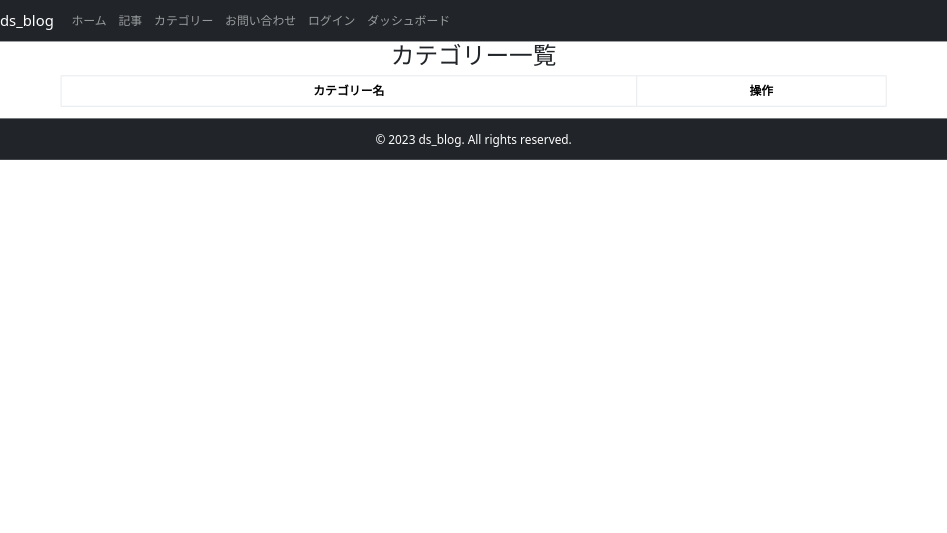
Repository: a-yama100/ds_blog
Page: /categories (app in frontend/)
The author's editor kept a copy of each file at every save. The page is drawn from the files as they stood at one save, then again after the next save.
The browser window is 1280 px wide. The pictures show the whole page, at 74% of full size.
The page's requests for data from a server got no answer. The project was rebuilt for these pictures with package versions that can differ from the ones it lists, and the page was loaded fresh each time. A package was used in the major version that the imports need, not the one package.json lists. No one was signed in, and anything a server would have sent is missing.

Above is the page before, as saved 2023-10-03 07:51:32.

### frontend/src/index.js
// E:\programming\Project\ds_blog\frontend\src\index.js

import React from 'react';
import ReactDOM from 'react-dom/client';
import './index.css';
import App from './App';
import reportWebVitals from './reportWebVitals';
import 'bootstrap/dist/css/bootstrap.min.css';

const root = ReactDOM.createRoot(document.getElementById('root'));
root.render(
  <React.StrictMode>
    <App />
  </React.StrictMode>
);

reportWebVitals();

### frontend/src/App.js
// E:\programming\Project\ds_blog\frontend\src\App.js

import './App.css';
import React from 'react';
import Header from './components/Header';
import Footer from './components/Footer';
import Login from './components/Login';
import Dashboard from './components/Dashboard';
import ArticleCreate from './components/ArticleCreate';
import ArticleList from './components/ArticleList';
import CategoryList from './components/CategoryList';
import AddCategory from './components/AddCategory';
import EditProfile from './components/EditProfile';
import { BrowserRouter as Router, Route, Switch } from 'react-router-dom';

function App() {
  return (
    <div className="App">
      <Router>
        <Header />
        <Switch>
          <Route path="/" exact component={ArticleList} />
          <Route path="/login" component={Login} />
          <Route path="/dashboard" component={Dashboard} />
          <Route path="/create-article" component={ArticleCreate} />
          <Route path="/articles" component={ArticleList} />
          <Route path="/categories" component={CategoryList} />
          <Route path="/add-category" component={AddCategory} />
          <Route path="/edit-profile" component={EditProfile} />
          {/* 他のルーティングもこちらに追加してください */}
        </Switch>
        <Footer />
      </Router>
    </div>
  );
}

export default App;

### frontend/src/components/Header.js
// E:\programming\Project\ds_blog\frontend\src\components\Header.js

import React from 'react';
import { Navbar, Nav } from 'react-bootstrap';

const Header = () => {
    return (
        <Navbar bg="dark" variant="dark" expand="lg">
            <Navbar.Brand href="/">ds_blog</Navbar.Brand>
            <Navbar.Toggle aria-controls="basic-navbar-nav" />
            <Navbar.Collapse id="basic-navbar-nav">
                <Nav className="mr-auto">
                    <Nav.Link href="/">ホーム</Nav.Link>
                    <Nav.Link href="/articles">記事</Nav.Link>
                    <Nav.Link href="/categories">カテゴリー</Nav.Link>
                    <Nav.Link href="/contact">お問い合わせ</Nav.Link>
                </Nav>
                <Nav className="ml-auto">
                    <Nav.Link href="/login">ログイン</Nav.Link>
                    <Nav.Link href="/dashboard">ダッシュボード</Nav.Link>
                </Nav>
            </Navbar.Collapse>
        </Navbar>
    );
}

export default Header;

### frontend/src/components/Footer.js
// E:\programming\Project\ds_blog\frontend\src\components\Footer.js

import React from 'react';

const Footer = () => {
    return (
        <footer className="text-center py-3 bg-dark text-white">
            &copy; 2023 ds_blog. All rights reserved.
        </footer>
    );
}

export default Footer;

### frontend/src/components/CategoryList.js
// E:\programming\Project\ds_blog\frontend\src\components\CategoryList.js

import React, { useState, useEffect } from 'react';
import { Table, Container } from 'react-bootstrap';
import { Link } from 'react-router-dom';

const CategoryList = () => {
    const [categories, setCategories] = useState([]);
    const token = localStorage.getItem('token'); // トークンを取得

    useEffect(() => {
        const fetchCategories = async () => {
            try {
                const response = await fetch('/categories', {
                    headers: {
                        'Authorization': `Bearer ${token}` // トークンをヘッダーに添付
                    }
                });
                const data = await response.json();
                setCategories(data);
            } catch (error) {
                console.error("エラー:", error);
            }
        }
        fetchCategories();
    }, [token]);

    return (
        <Container>
            <h2>カテゴリー一覧</h2>
            <Table striped bordered hover>
                <thead>
                    <tr>
                        <th>カテゴリー名</th>
                        <th>操作</th>
                    </tr>
                </thead>
                <tbody>
                    {categories.map(category => (
                        <tr key={category.id}>
                            <td>{category.name}</td>
                            <td>
                                <Link to={`/categories/${category.id}/edit`}>編集</Link> |
                                <Link to={`/categories/${category.id}/delete`}>削除</Link>
                            </td>
                        </tr>
                    ))}
                </tbody>
            </Table>
        </Container>
    );
}

export default CategoryList;

### frontend/src/components/Login.js
// E:\programming\Project\ds_blog\frontend\src\components\Login.js

import React, { useState } from 'react';
import { Form, Button } from 'react-bootstrap';

const Login = () => {
    const [email, setEmail] = useState('');
    const [password, setPassword] = useState('');

    const handleSubmit = async (e) => {
        e.preventDefault();
        try {
            const response = await fetch('/users/login', {
                method: 'POST',
                headers: {
                    'Content-Type': 'application/json'
                },
                body: JSON.stringify({ email, password })
            });
            const data = await response.json();
            if (response.status === 200) {
                console.log("ログイン成功:", data);
                localStorage.setItem('token', data.token); // トークンをlocalStorageに保存
            } else {
                console.error("ログイン失敗:", data.error);
            }
        } catch (error) {
            console.error("エラー:", error);
        }
    }

    return (
        <div className="login-form">
            <Form onSubmit={handleSubmit}>
                <Form.Group controlId="formBasicEmail">
                    <Form.Label>メールアドレス</Form.Label>
                    <Form.Control type="email" placeholder="メールアドレスを入力" value={email} onChange={e => setEmail(e.target.value)} />
                </Form.Group>
                <Form.Group controlId="formBasicPassword">
                    <Form.Label>パスワード</Form.Label>
                    <Form.Control type="password" placeholder="パスワードを入力" value={password} onChange={e => setPassword(e.target.value)} />
                </Form.Group>

                <Button variant="primary" type="submit">
                    ログイン
                </Button>
            </Form>
        </div>
    );
}

export default Login;

### frontend/src/components/Dashboard.js
// E:\programming\Project\ds_blog\frontend\src\components\Dashboard.js

import React from 'react';
import { Button, Container, Row, Col } from 'react-bootstrap';

const handleLogout = () => {
    localStorage.removeItem('token');  // トークンをlocalStorageから削除
    window.location.href = '/';  // トップページにリダイレクト
}

const Dashboard = () => {
    return (
        <Container>
            <h2>管理者ダッシュボード</h2>
            <Row className="mt-5">
                <Col md={4}>
                    <Button href="/create-article" variant="primary" size="lg" block>記事の投稿</Button>
                    <Button href="/articles" variant="primary" size="lg" block>投稿記事一覧</Button>
                </Col>
                <Col md={4}>
                    <Button href="/categories" variant="primary" size="lg" block>カテゴリー一覧</Button>
                    <Button href="/add-category" variant="primary" size="lg" block>カテゴリーの追加</Button>
                </Col>
                <Col md={4}>
                    <Button href="/upload-ebook" variant="primary" size="lg" block>電子書籍アップロード</Button>
                    <Button href="/ebooks" variant="primary" size="lg" block>アップロード済み一覧</Button>
                </Col>
            </Row>
            <Row className="mt-5">
                <Col md={6}>
                    <Button href="/edit-profile" variant="secondary" size="lg" block>管理者情報の変更</Button>
                </Col>
                <Col md={6}>
                <Button href="/logout" variant="danger" size="lg" block onClick={handleLogout}>ログアウト</Button>
                </Col>
            </Row>
        </Container>
    );
}


export default Dashboard;

### frontend/src/components/ArticleCreate.js
// E:\programming\Project\ds_blog\frontend\src\components\ArticleCreate.js

import React, { useState } from 'react';
import RichTextEditor from './RichTextEditor';
import { Button, Form, Container } from 'react-bootstrap';

const ArticleCreate = () => {
    const [title, setTitle] = useState('');
    const [content, setContent] = useState('');
    const [image, setImage] = useState(null);
    const [categoryId, setCategoryId] = useState('');
    const token = localStorage.getItem('token');

    const handleSubmit = async (e) => {
        e.preventDefault();
        const formData = new FormData();
        formData.append('title', title);
        formData.append('content', content);
        if (image) formData.append('image', image);
        formData.append('categoryId', categoryId);

        try {
            const response = await fetch('/articles', {
                method: 'POST',
                headers: {
                    'Authorization': `Bearer ${token}`, // トークンをヘッダーに添付
                },
                body: formData
            });
            const data = await response.json();
            if (response.status === 200) {
                console.log("記事投稿成功:", data);
            } else {
                console.error("記事投稿失敗:", data.error);
            }
        } catch (error) {
            console.error("エラー:", error);
        }
    }

    return (
        <Container>
            <h2>記事の投稿</h2>
            <Form onSubmit={handleSubmit}>
                <Form.Group controlId="title">
                    <Form.Label>タイトル</Form.Label>
                    <Form.Control type="text" placeholder="タイトルを入力" value={title} onChange={e => setTitle(e.target.value)} />
                </Form.Group>

                <Form.Group controlId="content">
                    <Form.Label>内容</Form.Label>
                    <RichTextEditor content={content} setContent={setContent} />
                </Form.Group>

                <Form.Group>
                    <Form.Label>画像</Form.Label>
                    <Form.Control type="file" onChange={e => setImage(e.target.files[0])} />
                </Form.Group>

                <Form.Group controlId="categoryId">
                    <Form.Label>カテゴリー</Form.Label>
                    <Form.Control as="select" value={categoryId} onChange={e => setCategoryId(e.target.value)}>
                        {/* カテゴリーのデータはAPIから取得する必要があります */}
                        <option value="1">カテゴリー1</option>
                        <option value="2">カテゴリー2</option>
                        {/* ... */}
                    </Form.Control>
                </Form.Group>

                <Button variant="primary" type="submit">
                    投稿
                </Button>
            </Form>
        </Container>
    );
}

export default ArticleCreate;

### frontend/src/components/ArticleList.js
// E:\programming\Project\ds_blog\frontend\src\components\ArticleList.js

import React, { useState, useEffect } from 'react';
import { Table, Container } from 'react-bootstrap';
import { Link } from 'react-router-dom';

const ArticleList = () => {
    const [articles, setArticles] = useState([]);
    const token = localStorage.getItem('token'); // トークンを取得

    useEffect(() => {
        const fetchArticles = async () => {
            try {
                const response = await fetch('/articles', {
                    headers: {
                        'Authorization': `Bearer ${token}` // トークンをヘッダーに添付
                    }
                });
                const data = await response.json();
                setArticles(data);
            } catch (error) {
                console.error("エラー:", error);
            }
        }
        fetchArticles();
    }, [token]);

    return (
        <Container>
            <h2>投稿記事一覧</h2>
            <Table striped bordered hover>
                <thead>
                    <tr>
                        <th>タイトル</th>
                        <th>操作</th>
                    </tr>
                </thead>
                <tbody>
                    {articles.map(article => (
                        <tr key={article.id}>
                            <td>{article.title}</td>
                            <td>
                            <Link to={`/articles/${article.id}/edit`}>編集</Link> |
                            <Link to={`/articles/${article.id}/delete`}>削除</Link>
                            </td>
                        </tr>
                    ))}
                </tbody>
            </Table>
        </Container>
    );
}

export default ArticleList;

### frontend/src/components/AddCategory.js
// E:\programming\Project\ds_blog\frontend\src\components\AddCategory.js

import React, { useState } from 'react';
import { Button, Form, Container } from 'react-bootstrap';

const AddCategory = () => {
    const [name, setName] = useState('');
    const token = localStorage.getItem('token');

    const handleSubmit = async (e) => {
        e.preventDefault();
        try {
            const response = await fetch('/categories', {
                method: 'POST',
                headers: {
                    'Content-Type': 'application/json',
                    'Authorization': `Bearer ${token}`, // トークンをヘッダーに添付
                },
                body: JSON.stringify({ name })
            });
            const data = await response.json();

            if (response.status === 200) {
                console.log("カテゴリー追加成功:", data);
            } else {
                console.error("カテゴリー追加失敗:", data.error);
            }
        } catch (error) {
            console.error("エラー:", error);
        }
    }

    return (
        <Container>
            <h2>カテゴリーの追加</h2>
            <Form onSubmit={handleSubmit}>
                <Form.Group controlId="name">
                    <Form.Label>カテゴリー名</Form.Label>
                    <Form.Control type="text" placeholder="カテゴリー名を入力" value={name} onChange={e => setName(e.target.value)} />
                </Form.Group>

                <Button variant="primary" type="submit">
                    追加
                </Button>
            </Form>
        </Container>
    );
}

export default AddCategory;

### frontend/src/components/EditProfile.js
// E:\programming\Project\ds_blog\frontend\src\components\EditProfile.js

import React, { useState } from 'react';
import { Form, Button, Container } from 'react-bootstrap';

const token = localStorage.getItem('token');

const EditProfile = () => {
    const [username, setUsername] = useState('');
    const [email, setEmail] = useState('');
    const [password, setPassword] = useState('');

    const handleSubmit = async (e) => {
        e.preventDefault();
        try {
            const response = await fetch('/users/edit', {
                method: 'POST',
                headers: {
                    'Content-Type': 'application/json',
                    'Authorization': `Bearer ${token}`, // トークンをヘッダーに添付
                },
                body: JSON.stringify({ username, email, password })
            });
            const data = await response.json();

            if (response.status === 200) {
                console.log("情報更新成功:", data);
            } else {
                console.error("情報更新失敗:", data.error);
            }
        } catch (error) {
            console.error("エラー:", error);
        }
    }

    return (
        <Container>
            <h2>管理者情報の変更</h2>
            <Form onSubmit={handleSubmit}>
                <Form.Group controlId="username">
                    <Form.Label>ユーザー名</Form.Label>
                    <Form.Control type="text" placeholder="ユーザー名を入力" value={username} onChange={e => setUsername(e.target.value)} />
                </Form.Group>

                <Form.Group controlId="email">
                    <Form.Label>メールアドレス</Form.Label>
                    <Form.Control type="email" placeholder="メールアドレスを入力" value={email} onChange={e => setEmail(e.target.value)} />
                </Form.Group>

                <Form.Group controlId="password">
                    <Form.Label>新しいパスワード</Form.Label>
                    <Form.Control type="password" placeholder="新しいパスワードを入力" value={password} onChange={e => setPassword(e.target.value)} />
                </Form.Group>

                <Button variant="primary" type="submit">
                    更新
                </Button>
            </Form>
        </Container>
    );
}

export default EditProfile;

### frontend/src/components/RichTextEditor.js
// E:\programming\Project\ds_blog\frontend\src\components\RichTextEditor.js

import React, { useRef, useEffect } from 'react';
import Quill from 'quill';
import 'quill/dist/quill.snow.css';  // for snow theme

const RichTextEditor = ({ content, setContent }) => {
    const editorRef = useRef(null);
    const quillInstance = useRef(null);  // useRefを使用してquillInstanceを定義

    useEffect(() => {
        quillInstance.current = new Quill(editorRef.current, {
            theme: 'snow'
        });

        quillInstance.current.on('text-change', () => {
            setContent(quillInstance.current.root.innerHTML);
        });
    }, [setContent]);

    return (
        <div ref={editorRef}></div>
    );
};

export default RichTextEditor;

Loaded but not shown: frontend/public/index.html (common file); frontend/src/index.css (common file); frontend/src/reportWebVitals.js (common file); frontend/src/App.css (common file)

After the next save:
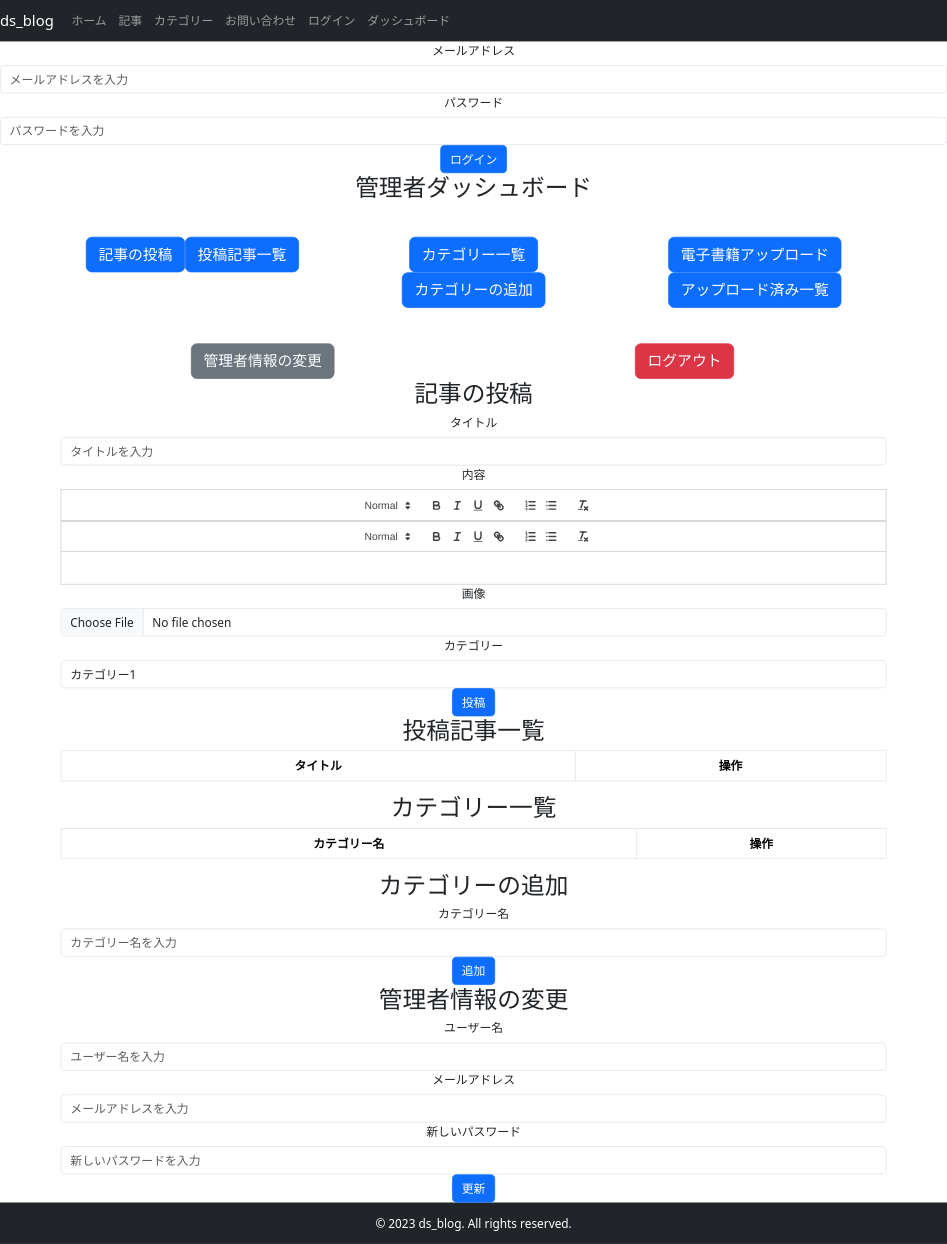
Saved 63 s later.
--- a/frontend/src/App.js
+++ b/frontend/src/App.js
@@ -16,21 +16,15 @@
 function App() {
   return (
     <div className="App">
-      <Router>
-        <Header />
-        <Switch>
-          <Route path="/" exact component={ArticleList} />
-          <Route path="/login" component={Login} />
-          <Route path="/dashboard" component={Dashboard} />
-          <Route path="/create-article" component={ArticleCreate} />
-          <Route path="/articles" component={ArticleList} />
-          <Route path="/categories" component={CategoryList} />
-          <Route path="/add-category" component={AddCategory} />
-          <Route path="/edit-profile" component={EditProfile} />
-          {/* 他のルーティングもこちらに追加してください */}
-        </Switch>
-        <Footer />
-      </Router>
+      <Header />
+      <Login />
+      <Dashboard />
+      <ArticleCreate />
+      <ArticleList />
+      <CategoryList />
+      <AddCategory />
+      <EditProfile />
+      <Footer />
     </div>
   );
 }

After the save that followed:
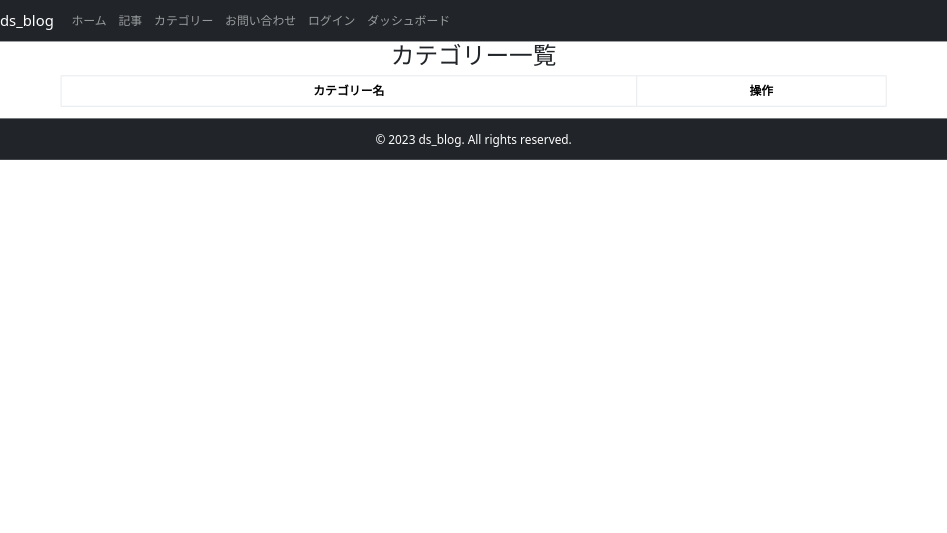
Saved 9 s later.
--- a/frontend/src/App.js
+++ b/frontend/src/App.js
@@ -16,15 +16,21 @@
 function App() {
   return (
     <div className="App">
-      <Header />
-      <Login />
-      <Dashboard />
-      <ArticleCreate />
-      <ArticleList />
-      <CategoryList />
-      <AddCategory />
-      <EditProfile />
-      <Footer />
+      <Router>
+        <Header />
+        <Switch>
+          <Route path="/" exact component={ArticleList} />
+          <Route path="/login" component={Login} />
+          <Route path="/dashboard" component={Dashboard} />
+          <Route path="/create-article" component={ArticleCreate} />
+          <Route path="/articles" component={ArticleList} />
+          <Route path="/categories" component={CategoryList} />
+          <Route path="/add-category" component={AddCategory} />
+          <Route path="/edit-profile" component={EditProfile} />
+          {/* 他のルーティングもこちらに追加してください */}
+        </Switch>
+        <Footer />
+      </Router>
     </div>
   );
 }
